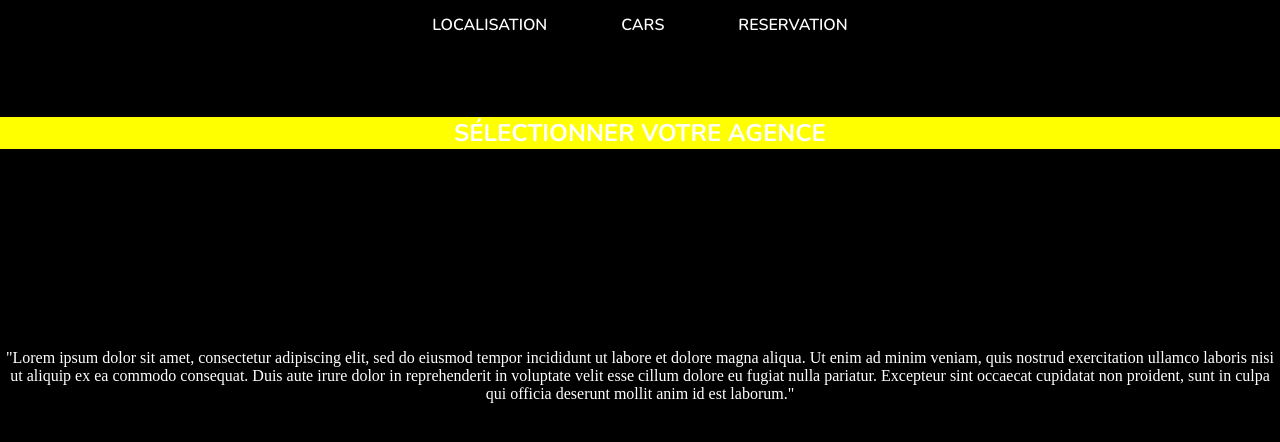
Repository: romgrm/jenaipasdevoiture
Page: src/main/java/fr/romgrm/index.html
The author's editor kept a copy of each file at every save. The page is drawn from the files as they stood at one save, then again after the next save.
The browser window is 1280 px wide. The pictures show the whole page.
An inner scrolling area shows only its first screen.

Above is the page before, as saved 2020-10-15 21:00:17.

### src/main/java/fr/romgrm/index.html
<!DOCTYPE html>
<html lang="fr">
    <head>
        <title>JENAIPASDARGENT</title>
        <link rel="stylesheet" href="style.css" type="text/css"/>
        <link href="https://fonts.googleapis.com/css2?family=Nunito:ital,wght@0,600;0,700;0,800;1,200;1,300&display=swap" rel="stylesheet">
    </head>
    <body>

        <div class="container">

            <nav class="navbar">
                <ul>
                    <li><a href="#LOCALISATION">LOCALISATION</a></li>
                    <li><a href="#SELECTCAR">CARS</a></li>
                    <li><a href="#RECAPITULATE">RESERVATION</a></li>
                </ul>
            </nav>


            <Section id="LOCALISATION">
                 <h2>SÉLECTIONNER VOTRE AGENCE</h2>
                 <p>"Lorem ipsum dolor sit amet, consectetur adipiscing elit, sed do eiusmod tempor incididunt ut labore et dolore magna aliqua. Ut enim ad minim veniam, quis nostrud exercitation ullamco laboris nisi ut aliquip ex ea commodo consequat. Duis aute irure dolor in reprehenderit in voluptate velit esse cillum dolore eu fugiat nulla pariatur. Excepteur sint occaecat cupidatat non proident, sunt in culpa qui officia deserunt mollit anim id est laborum."</p>
            </Section>




            <Section id="SELECTCAR">
                <h2>CARS</h2>
                <p>"Lorem ipsum dolor sit amet, consectetur adipiscing elit, sed do eiusmod tempor incididunt ut labore et dolore magna aliqua. Ut enim ad minim veniam, quis nostrud exercitation ullamco laboris nisi ut aliquip ex ea commodo consequat. Duis aute irure dolor in reprehenderit in voluptate velit esse cillum dolore eu fugiat nulla pariatur. Excepteur sint occaecat cupidatat non proident, sunt in culpa qui officia deserunt mollit anim id est laborum."</p>
            </Section>




            <Section id="RECAPITULATE">
                <h2>SHOP</h2>
                <p>"Lorem ipsum dolor sit amet, consectetur adipiscing elit, sed do eiusmod tempor incididunt ut labore et dolore magna aliqua. Ut enim ad minim veniam, quis nostrud exercitation ullamco laboris nisi ut aliquip ex ea commodo consequat. Duis aute irure dolor in reprehenderit in voluptate velit esse cillum dolore eu fugiat nulla pariatur. Excepteur sint occaecat cupidatat non proident, sunt in culpa qui officia deserunt mollit anim id est laborum."</p>
            </Section>



        </div>
    </body>
</html>

### src/main/java/fr/romgrm/style.css
*{
    margin: 0;
    padding: 0;
}


body{
  color: white;
  /* desactiver le scroll dans le body (pas oublier
  de lui donner une taille sinon ça marche pas*/
  height: 100vh;
  overflow: hidden;

}

.container{
    height: 100%;
    width: 100%;
    /*SCROLL SMOOTH*/
    overflow-y: scroll;
    scroll-behavior: smooth;
    scroll-snap-type: y mandatory;
}

.navbar{
   /* background-color: rgba(0, 0, 0, 0.5); */
    position: fixed;
    top: 0;
    z-index: 1;
    display: flex;
    width: 100%;
    height: 50px;
    font-family: 'Nunito', sans-serif;
    font-weight: 900 bold ;
}

.navbar ul{
    display: flex;
    list-style-type: none;
    width: 100%;
    justify-content: center;
    align-items: center;
    gap: 10px;
}

.navbar ul li{
    margin: 0 1rem;
    padding: 1rem;

}

.navbar ul li a{
    color: white;
    text-decoration: none;
    transition: all .5s;
    -moz-transition: all .5s;
    -webkit-transition: all .5s;
    -o-transition: all .5s;
    -ms-transition: all .5s;

}

.navbar ul li a:hover{
    transform : scale(5);
 -moz-transform : scale(1.25);
 -webkit-transform : scale(1.25);
 -o-transform : scale(1.25);
 -ms-transform : scale(1.25);
    /*color: rgb(105, 105, 105); */
}




Section{
    display: flex;
    flex-direction: column;
    width: 100%;
    height: 100vh; /* vh = Viewport Height : permet de dimensioner par rapport à la taille de l'écran*/
    text-align: center;
    justify-content: center;
    align-items: center;
    /*SCROLL SNAP ALIGN*/
    scroll-snap-align: center;

}


/*////////////////////////////////////////////////////////////////////////////////////////////////////////////*/



#LOCALISATION{
    background-color: black;
    margin: 0;
    padding: 0;
    /*background: url('https://source.unsplash.com/K2tdx2mFDHc/1600x900') no-repeat center center/cover;;*/
}

#LOCALISATION h2{
    position: relative;
    background-color: yellow;
    width: 100%;
    bottom: 200px;
    font-family: 'Nunito', sans-serif;
    font-weight: 800 bold ;

}

#LOCALISATION p{

}


/*////////////////////////////////////////////////////////////////////////////////////////////////////////////*/



#SELECTCAR{
    background-color: red;
}

#SELECTCAR h2{

}

#SELECTCAR p{

}


/*////////////////////////////////////////////////////////////////////////////////////////////////////////////*/


#RECAPITULATE{
    background-color: blue;
}

#RECAPITULATE h2{

}

#RECAPITULATE p{

}

After the next save:
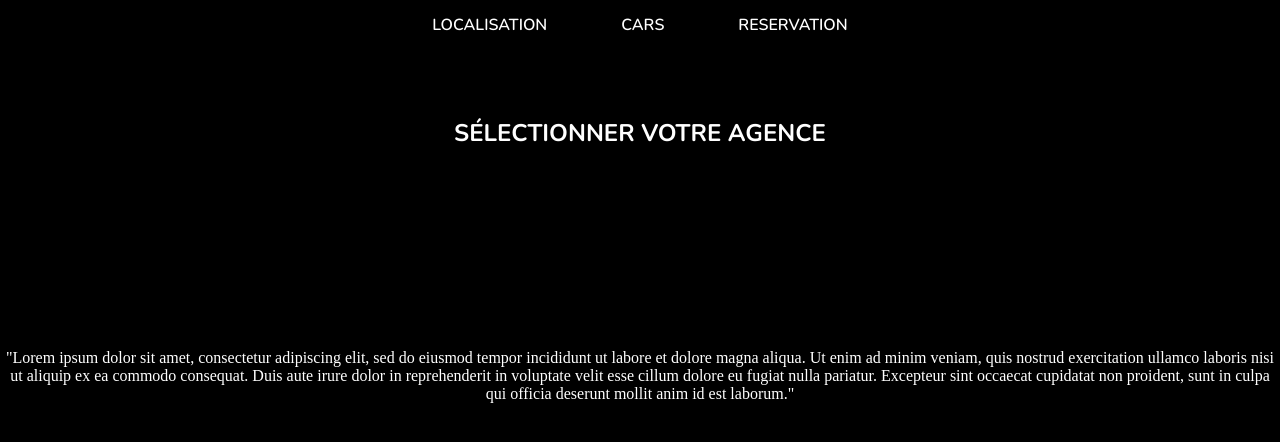
Saved 8 s later.
--- a/src/main/java/fr/romgrm/style.css
+++ b/src/main/java/fr/romgrm/style.css
@@ -99,8 +99,6 @@ Section{
 
 #LOCALISATION h2{
     position: relative;
-    background-color: yellow;
-    width: 100%;
     bottom: 200px;
     font-family: 'Nunito', sans-serif;
     font-weight: 800 bold ;
